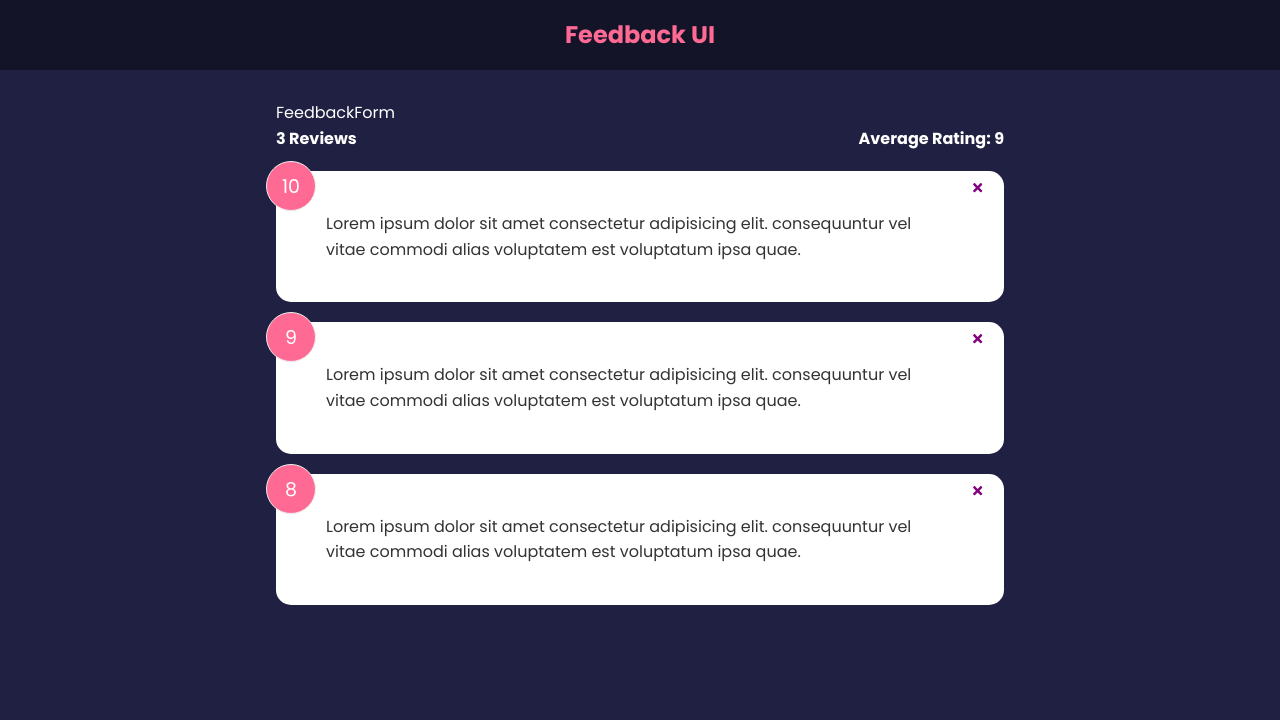
Repository: Lithium87/feedback-app
Page: / (app in client/)
These files come from the project's save history. The page is drawn as it stood at one moment and after the next save; the edit follows.
The browser window is 1280 px wide. The pictures show the whole page.
The project was rebuilt for these pictures with package versions that can differ from the ones it lists, and the page was loaded fresh each time.

Above is the page before, as saved 2022-05-29 21:04:44.

### client/src/index.css
@import url('https://fonts.googleapis.com/css2?family=Poppins:wght@400;600;700&display=swap');
* {
    box-sizing: border-box;
    margin: 0;
    padding: 0;
}

body {
    font-family: 'Poppins', sans-serif;
    background-color: #202142;
    color: #fff;
    line-height: 1.6;
}

ul {
    list-style: none;
}

.container {
    max-width: 768px;
    margin: auto;
    padding: 0 20px;
}

header {
    height: 70px;
    width: 100%;
    display: flex;
    justify-content: space-between;
    align-items: center;
    margin-bottom: 30px;
}

.card {
    background-color: #fff;
    color: #333;
    border-radius: 15px;
    padding: 40px 50px;
    margin: 20px 0;
    position: relative;
}

.card.reverse {
    background-color: rgba(0, 0, 0, 0.4);
    color: #fff;
}

.card h2 {
    font-size: 22px;
    font-weight: 600;
    text-align: center;
}

.rating {
    display: flex;
    align-items: center;
    justify-content: space-around;
    margin: 30px 0 40px;
}

.rating li,
.num-display {
    position: relative;
    background: #f4f4f4;
    width: 50px;
    height: 50px;
    padding: 10px;
    text-align: center;
    border-radius: 50%;
    font-size: 19px;
    border: 1px #eee solid;
    transition: 0.3s;
}

.rating li label {
    position: absolute;
    top: 50%;
    left: 50%;
    width: 50px;
    height: 50px;
    padding: 10px;
    border-radius: 50%;
    transform: translate(-50%, -50%);
    cursor: pointer;
}

.rating li:hover,
.num-display {
    background: #ff6a95;
    color: #fff;
}

[type='radio'] {
    opacity: 0;
}

[type='radio']:checked~label {
    background: #ff6a95;
    color: #fff;
}

.input-group {
    display: flex;
    flex-direction: row;
    border: 1px solid #ccc;
    padding: 8px 10px;
    border-radius: 8px;
}

input {
    flex-grow: 2;
    border: none;
    font-size: 16px;
}

input:focus {
    outline: none;
}

.feedback-stats {
    color: #fff;
    display: flex;
    justify-content: space-between;
    align-items: center;
}

.num-display {
    position: absolute;
    top: -10px;
    left: -10px;
}

.close,
.edit {
    position: absolute;
    top: 10px;
    right: 20px;
    cursor: pointer;
    background: none;
    border: none;
}

.edit {
    right: 40px;
}

.btn {
    color: #fff;
    border: 0;
    border-radius: 8px;
    color: #fff;
    width: 100px;
    height: 40px;
    cursor: pointer;
}

.btn-primary {
    background-color: #202142;
}

.btn-secondary {
    background: #ff6a95;
}

.btn:hover {
    transform: scale(0.98);
    opacity: 0.9;
}

.btn:disabled {
    background-color: #cccccc;
    color: #333;
    cursor: auto;
}

.btn:disabled:hover {
    transform: scale(1);
    opacity: 1;
}

.message {
    padding-top: 10px;
    text-align: center;
    color: rebeccapurple;
}


/* FIX: Remove position: absolute to keep about icon at the bottom of the
 * document */

.about-link {
    display: flex;
    justify-content: flex-end;
}


/* FIX: Remove position: absolute to keep about icon at the bottom of the
 * document */

.about-link a {
    color: #fff;
    cursor: pointer;
}

.about-link a:hover {
    color: #ff6a95;
}

.about h1 {
    margin-bottom: 20px;
}

.about p {
    margin: 10px 0;
}

@media (max-width: 600px) {
    .rating li {
        margin: 10px 3px;
    }
    .rating {
        display: flex;
        align-items: center;
        justify-content: center;
        flex-wrap: wrap;
        margin: 30px 0 40px;
    }
    .input-group input {
        width: 80%;
    }
}

### client/src/App.js
import React, {useState} from 'react';
import Header from './components/Header';
import FeedbackList from './components/FeedbackList';
import FeedbackData from './data/FeedbackData';
import FeedbackStats from './components/FeedbackStats';
import FeedbackForm from './components/FeedbackForm';

const App = () => {
  const [feedback, setFeedback] = useState (FeedbackData);

  const deleteFeedback = id => {
    if (window.confirm ('Are you sure you want to delete?')) {
      setFeedback (feedback.filter (item => item.id !== id));
    }
  };

  return (
    <React.Fragment>
      <Header />
      <div className="container">
        <FeedbackForm />
        <FeedbackStats feedback={feedback} />
        <FeedbackList feedback={feedback} handleDelete={deleteFeedback} />
      </div>
    </React.Fragment>
  );
};

export default App;

### client/src/components/Header.js
import React from 'react';
import PropTypes from 'prop-types';

const Header = ({text, bgColor, textColor}) => {
  const headerStyles = {
    backgroundColor: bgColor,
    color: textColor,
  };

  return (
    <header style={headerStyles}>
      <div className="container">
        <h2>{text}</h2>
      </div>
    </header>
  );
};

Header.defaultProps = {
  text: 'Feedback UI',
  bgColor: 'rgba(0, 0, 0, 0.4)',
  textColor: '#ff6a95',
};

Header.propTypes = {
  text: PropTypes.string,
  bgColor: PropTypes.string,
  textColor: PropTypes.string,
};

export default Header;

### client/src/components/FeedbackList.js
import React from 'react';
import PropTypes from 'prop-types';
import FeedbackItem from './FeedbackItem';

const FeedbackList = ({feedback, handleDelete}) => {
  if (!feedback || feedback.length === 0) {
    return <p>No feedback Yet</p>;
  }

  return (
    <div className="feedback-list">
      {feedback.map (item => (
        <FeedbackItem key={item.id} item={item} handleDelete={handleDelete} />
      ))}
    </div>
  );
};

FeedbackList.propTypes = {
  feedback: PropTypes.arrayOf (
    PropTypes.shape ({
      id: PropTypes.number.isRequired,
      text: PropTypes.string.isRequired,
      rating: PropTypes.number.isRequired,
    })
  ),
};

export default FeedbackList;

### client/src/components/FeedbackStats.js
import React from 'react';
import PropTypes from 'prop-types';

const FeedbackStats = ({feedback}) => {
  // Calculate ratings avg
  let average =
    feedback.reduce ((acc, cur) => {
      return acc + cur.rating;
    }, 0) / feedback.length;

  average = average.toFixed (1).replace (/[.,]0$/, '');

  return (
    <div className="feedback-stats">
      <h4>{feedback.length} Reviews</h4>
      <h4>Average Rating: {isNaN (average) ? 0 : average}</h4>
    </div>
  );
};

FeedbackStats.propTypes = {
  feedback: PropTypes.array.isRequired,
};

export default FeedbackStats;

### client/src/components/FeedbackForm.js
import React from 'react';

const FeedbackForm = () => {
  return <div>FeedbackForm</div>;
};

export default FeedbackForm;

### client/src/components/FeedbackItem.js
import React from 'react';
import {FaTimes} from 'react-icons/fa';
import PropTypes from 'prop-types';
import Card from './shared/Card';

const FeedbackItem = ({item, handleDelete}) => {
  return (
    <Card>
      <div className="num-display">{item.rating}</div>
      <button onClick={() => handleDelete (item.id)} className="close">
        <FaTimes color="purple" />
      </button>
      <div className="text-display">
        {item.text}
      </div>
    </Card>
  );
};

FeedbackItem.propTypes = {
  item: PropTypes.object.isRequired,
};

export default FeedbackItem;

### client/src/components/shared/Card.js
import React from 'react';
import PropTypes from 'prop-types';

const Card = ({children, reverse}) => {
  return (
    <div className={`card ${reverse && 'reverse'}`}>
      {children}
    </div>
  );
};

Card.defaultProps = {
  reverse: false,
};

Card.propTypes = {
  children: PropTypes.node.isRequired,
  reverse: PropTypes.bool,
};

export default Card;

Loaded but not shown: client/public/index.html (common file); client/src/index.js (common file); client/src/reportWebVitals.js (common file); client/src/data/FeedbackData.js (common file)

After the next save:
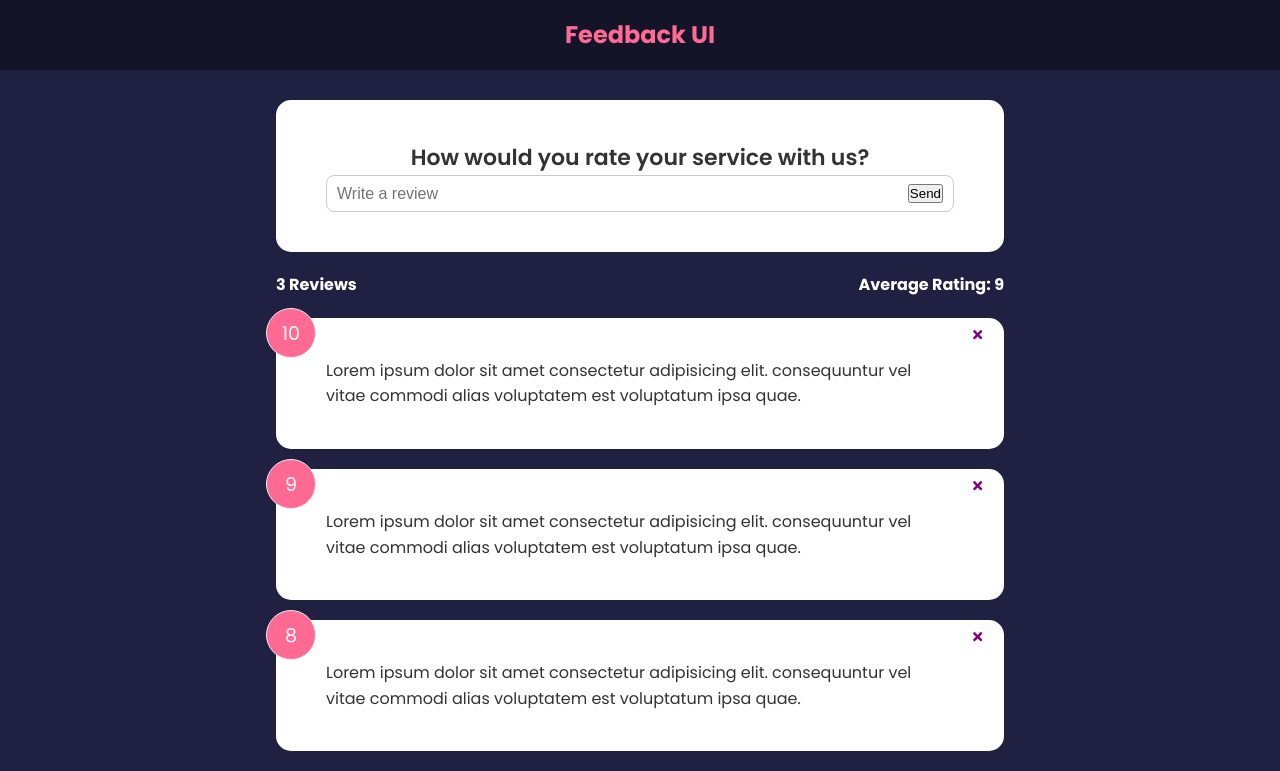
Saved 5 min 35 s later.
--- a/client/src/components/FeedbackForm.js
+++ b/client/src/components/FeedbackForm.js
@@ -1,7 +1,18 @@
 import React from 'react';
+import Card from './shared/Card';
 
 const FeedbackForm = () => {
-  return <div>FeedbackForm</div>;
+  return (
+    <Card>
+      <form>
+        <h2>How would you rate your service with us?</h2>
+        <div className="input-group">
+          <input type="text" placeholder="Write a review" />
+          <button type="submit">Send</button>
+        </div>
+      </form>
+    </Card>
+  );
 };
 
 export default FeedbackForm;
